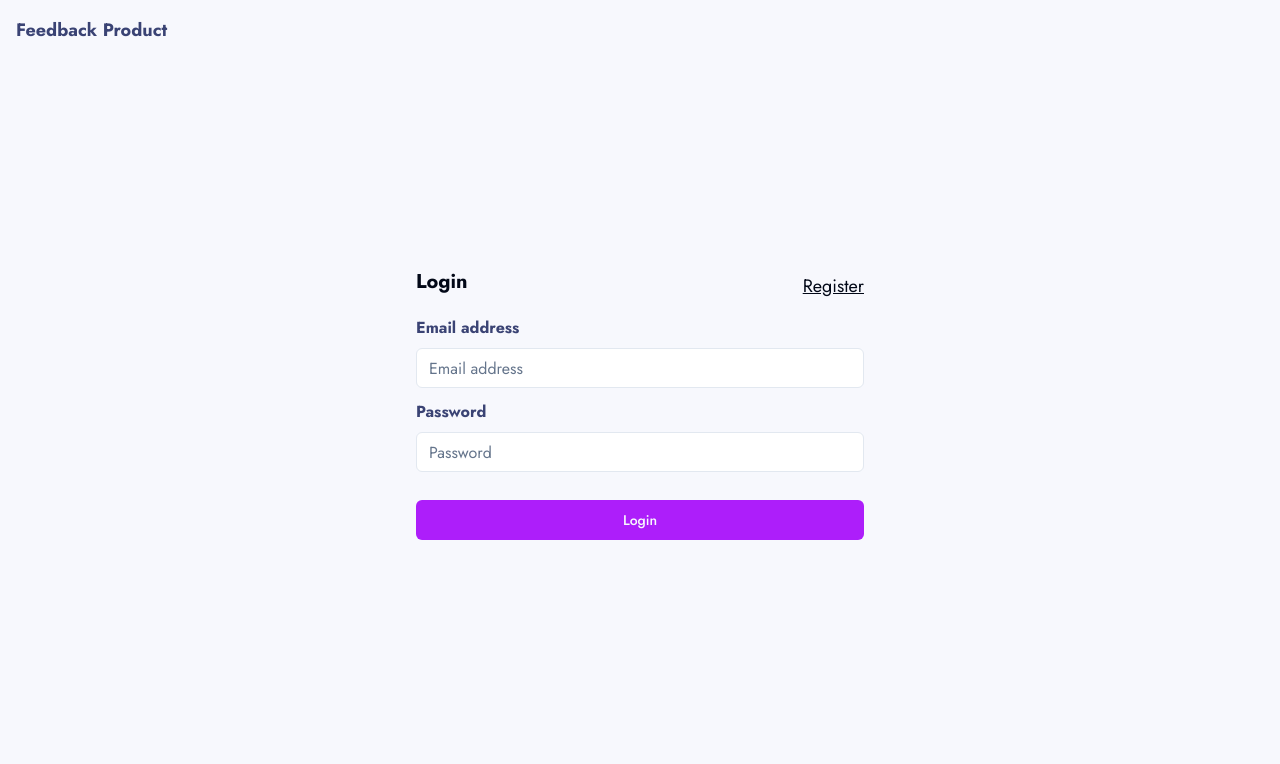
Repository: KornelJanczak/product-feedback-app
Page: /login
These files come from the project's save history. The page is drawn as it stood at one moment and after the next save; the edit follows.
The browser window is 1280 px wide. The pictures show the whole page.
The page's requests for data from a server got no answer. The project was rebuilt for these pictures with package versions that can differ from the ones it lists, and the page was loaded fresh each time. The framework's server and built-in components were replaced by stand-ins that run in the browser. No one was signed in, and anything a server would have sent is missing. Also part of the build but not shown: next.config.js, next.config.mjs.

Above is the page before, as saved 2024-01-28 19:46:53.

### app/layout.tsx
import type { Metadata } from "next";
import { Jost } from "next/font/google";
import { Toaster } from "sonner";
import "./globals.css";
import { authOptions } from "@/app/api/auth/[...nextauth]/options";
import { getServerSession } from "next-auth";
import AuthProvider from "@/providers/session-provider";

export const jost = Jost({
  subsets: ["latin"],
});

export const metadata: Metadata = {
  title: "Product Feedback",
  description: "Create your own section!",
};

export default async function RootLayout({
  children,
}: Readonly<{
  children: React.ReactNode;
}>) {
  const session = await getServerSession(authOptions);

  return (
    <html lang="en">
      <body
        className={`${jost.className} bg-darkWhite`}
        suppressHydrationWarning={true}
      >
        <AuthProvider session={session}>
          <Toaster position="top-center" />
          {children}
        </AuthProvider>
      </body>
    </html>
  );
}

### app/(auth)/layout.tsx
import { ReactNode } from "react";

export default function Layout({ children }: { children: ReactNode }) {
  return (
    <>
      <header className="container text-lg font-bold text-secondDark pt-4">
        <h2>Feedback Product</h2>
      </header>
      {children}
    </>
  );
}

### app/(auth)/login/page.tsx
import LoginForm from "../_components/login-form";

export default function LoginPage() {
  return <LoginForm />;
}

### app/globals.css
@tailwind base;
@tailwind components;
@tailwind utilities;

* {
  margin: 0;
  padding: 0;
}

@layer base {
  :root {
    --background: 0 0% 100%;
    --foreground: 222.2 84% 4.9%;

    --card: 0 0% 100%;
    --card-foreground: 222.2 84% 4.9%;

    --popover: 0 0% 100%;
    --popover-foreground: 222.2 84% 4.9%;

    --primary: 222.2 47.4% 11.2%;
    --primary-foreground: 210 40% 98%;

    --secondary: 210 40% 96.1%;
    --secondary-foreground: 222.2 47.4% 11.2%;

    --muted: 210 40% 96.1%;
    --muted-foreground: 215.4 16.3% 46.9%;

    --accent: 210 40% 96.1%;
    --accent-foreground: 222.2 47.4% 11.2%;

    --destructive: 0 84.2% 60.2%;
    --destructive-foreground: 210 40% 98%;

    --border: 214.3 31.8% 91.4%;
    --input: 214.3 31.8% 91.4%;
    --ring: 222.2 84% 4.9%;

    --radius: 0.5rem;
  }

  .dark {
    --background: 222.2 84% 4.9%;
    --foreground: 210 40% 98%;

    --card: 222.2 84% 4.9%;
    --card-foreground: 210 40% 98%;

    --popover: 222.2 84% 4.9%;
    --popover-foreground: 210 40% 98%;

    --primary: 210 40% 98%;
    --primary-foreground: 222.2 47.4% 11.2%;

    --secondary: 217.2 32.6% 17.5%;
    --secondary-foreground: 210 40% 98%;

    --muted: 217.2 32.6% 17.5%;
    --muted-foreground: 215 20.2% 65.1%;

    --accent: 217.2 32.6% 17.5%;
    --accent-foreground: 210 40% 98%;

    --destructive: 0 62.8% 30.6%;
    --destructive-foreground: 210 40% 98%;

    --border: 217.2 32.6% 17.5%;
    --input: 217.2 32.6% 17.5%;
    --ring: 212.7 26.8% 83.9%;
  }
}

@layer base {
  * {
    @apply border-border;
  }
  body {
    @apply bg-background text-foreground;
  }
}

### app/api/auth/[...nextauth]/options.ts
import NextAuth, { NextAuthOptions } from "next-auth";
import GithubProvider from "next-auth/providers/github";
import CredentialsProvider from "next-auth/providers/credentials";
import { PrismaAdapter } from "@next-auth/prisma-adapter";
import bcryptjs from "bcryptjs";
import prisma from "@/lib/db";

export const authOptions: NextAuthOptions = {
  adapter: PrismaAdapter(prisma),
  session: {
    strategy: "jwt",
  },
  secret: process.env.NEXTAUTH_SECRET,
  pages: {
    signIn: "/login",
  },
  providers: [
    GithubProvider({
      clientId: process.env.GITHUB_ID as string,
      clientSecret: process.env.GITHUB_SECRET as string,
    }),
    CredentialsProvider({
      name: "credentials",
      credentials: {},
      async authorize(credentials) {
        try {
          const { email, password } = credentials as {
            email: string;
            password: string;
          };

          console.log(email, password);
          const user = await prisma?.user.findFirst({
            where: {
              email,
            },
          });

          if (!user) return null;

          const passwordMatch = await bcryptjs.compare(
            password,
            user.password as string
          );

          if (!passwordMatch) return null;

          return user;
        } catch {
          return null;
        }
      },
    }),
  ],
  callbacks: {
    async signIn({ user, account }) {
      if (account?.provider == "credentials") return user;

      if (account?.provider === "github") {
        try {
          const existingUser = await prisma.user.findFirst({
            where: {
              email: user.email as string,
            },
          });

          if (existingUser) return existingUser;

          const newUser = await prisma.user.create({
            data: {
              userName: user.name!,
              email: user.email!,
            },
          });

          return newUser as any;
        } catch {
          return false;
        }
      }
    },
    async jwt({ token }) {
      const dbUser = await prisma.user.findFirst({
        where: {
          email: token.email as string,
        },
      });

      if (!dbUser) return token;

      return {
        id: dbUser.id,
        email: dbUser.email,
        name: dbUser.userName,
      };
    },

    async session({ token, session }) {
      if (token) {
        return {
          ...session,
          user: {
            email: token.email,
            name: token.name,
            id: token.id,
          },
        };
      }
      return session;
    },
    async redirect({ url, baseUrl }) {
      // if (url.startsWith("/")) return `${baseUrl}`;
      // // Allows callback URLs on the same origin
      // else if (new URL(url).origin === baseUrl) return baseUrl;
      // return baseUrl;
      return "/";
    },
  },
};

export default NextAuth(authOptions);

### providers/session-provider.tsx
"use client";
import { SessionProvider } from "next-auth/react";
import { ReactNode } from "react";
export default function AuthProvider({
  children,
  session,
}: {
  children: ReactNode;
  session: any;
}) {
  return <SessionProvider session={session}>{children}</SessionProvider>;
}

### app/(auth)/_components/login-form.tsx
"use client";
import { zodResolver } from "@hookform/resolvers/zod";
import { useForm, SubmitHandler } from "react-hook-form";
import {
  Form,
  FormControl,
  FormField,
  FormItem,
  FormLabel,
  FormMessage,
} from "@/components/ui/form";
import { Input } from "@/components/ui/input";
import * as z from "zod";
import { useRouter } from "next/navigation";
import SubmitBtn from "./submit-btn";
import { signIn } from "next-auth/react";
import { useState } from "react";
import { toast } from "sonner";
import { loginFormSchema } from "@/models/@auth-schema";

export default function LoginForm() {
  const router = useRouter();
  const [pending, setPending] = useState<boolean>(false);

  type Inputs = z.infer<typeof loginFormSchema>;

  const form = useForm<z.infer<typeof loginFormSchema>>({
    resolver: zodResolver(loginFormSchema),
    defaultValues: {
      email: "",
      password: "",
    },
  });

  const processForm: SubmitHandler<Inputs> = async (data) => {
    setPending(true);
    try {
      await signIn("credentials", data);
      toast.success("You are logged!");
    } catch {
      toast.error("Something went wrong");
    } finally {
      setPending(false);
    }
  };

  return (
    <section className="container h-screen flex items-center justify-center ">
      <Form {...form}>
        <form
          className="max-w-md w-full"
          onSubmit={form.handleSubmit(processForm)}
        >
          <div className="flex justify-between items-center">
            <h3 className="font-bold text-xl pb-2">Login</h3>
            <span
              className="text-lg cursor-pointer underline hover:text-pink hover:transition duration-300"
              onClick={() => router.push("/register")}
            >
              Register
            </span>
          </div>
          <FormField
            control={form.control}
            name="email"
            render={({ field }) => (
              <FormItem className="pt-2 md:pt-3">
                <FormLabel className="md:text-base">Email address</FormLabel>
                <FormControl>
                  <Input
                    placeholder="Email address"
                    {...field}
                    className="md:text-base"
                    type="email"
                    required
                  />
                </FormControl>
                <FormMessage className="md:text-base" />
              </FormItem>
            )}
          />
          <FormField
            control={form.control}
            name="password"
            render={({ field }) => (
              <FormItem className="pt-2 md:pt-3">
                <FormLabel className="md:text-base">Password</FormLabel>
                <FormControl>
                  <Input
                    placeholder="Password"
                    {...field}
                    className="md:text-base"
                    type="password"
                    required
                  />
                </FormControl>
                <FormMessage className="md:text-base" />
              </FormItem>
            )}
          />
          <SubmitBtn pending={pending}>Login</SubmitBtn>
        </form>
      </Form>
    </section>
  );
}

### components/ui/form.tsx
import * as React from "react"
import * as LabelPrimitive from "@radix-ui/react-label"
import { Slot } from "@radix-ui/react-slot"
import {
  Controller,
  ControllerProps,
  FieldPath,
  FieldValues,
  FormProvider,
  useFormContext,
} from "react-hook-form"

import { cn } from "@/lib/utils"
import { Label } from "@/components/ui/label"

const Form = FormProvider

type FormFieldContextValue<
  TFieldValues extends FieldValues = FieldValues,
  TName extends FieldPath<TFieldValues> = FieldPath<TFieldValues>
> = {
  name: TName
}

const FormFieldContext = React.createContext<FormFieldContextValue>(
  {} as FormFieldContextValue
)

const FormField = <
  TFieldValues extends FieldValues = FieldValues,
  TName extends FieldPath<TFieldValues> = FieldPath<TFieldValues>
>({
  ...props
}: ControllerProps<TFieldValues, TName>) => {
  return (
    <FormFieldContext.Provider value={{ name: props.name }}>
      <Controller {...props} />
    </FormFieldContext.Provider>
  )
}

const useFormField = () => {
  const fieldContext = React.useContext(FormFieldContext)
  const itemContext = React.useContext(FormItemContext)
  const { getFieldState, formState } = useFormContext()

  const fieldState = getFieldState(fieldContext.name, formState)

  if (!fieldContext) {
    throw new Error("useFormField should be used within <FormField>")
  }

  const { id } = itemContext

  return {
    id,
    name: fieldContext.name,
    formItemId: `${id}-form-item`,
    formDescriptionId: `${id}-form-item-description`,
    formMessageId: `${id}-form-item-message`,
    ...fieldState,
  }
}

type FormItemContextValue = {
  id: string
}

const FormItemContext = React.createContext<FormItemContextValue>(
  {} as FormItemContextValue
)

const FormItem = React.forwardRef<
  HTMLDivElement,
  React.HTMLAttributes<HTMLDivElement>
>(({ className, ...props }, ref) => {
  const id = React.useId()

  return (
    <FormItemContext.Provider value={{ id }}>
      <div ref={ref} className={cn("space-y-2", className)} {...props} />
    </FormItemContext.Provider>
  )
})
FormItem.displayName = "FormItem"

const FormLabel = React.forwardRef<
  React.ElementRef<typeof LabelPrimitive.Root>,
  React.ComponentPropsWithoutRef<typeof LabelPrimitive.Root>
>(({ className, ...props }, ref) => {
  const { error, formItemId } = useFormField()

  return (
    <Label
      ref={ref}
      className={cn(error && "text-destructive", className)}
      htmlFor={formItemId}
      {...props}
    />
  )
})
FormLabel.displayName = "FormLabel"

const FormControl = React.forwardRef<
  React.ElementRef<typeof Slot>,
  React.ComponentPropsWithoutRef<typeof Slot>
>(({ ...props }, ref) => {
  const { error, formItemId, formDescriptionId, formMessageId } = useFormField()

  return (
    <Slot
      ref={ref}
      id={formItemId}
      aria-describedby={
        !error
          ? `${formDescriptionId}`
          : `${formDescriptionId} ${formMessageId}`
      }
      aria-invalid={!!error}
      {...props}
    />
  )
})
FormControl.displayName = "FormControl"

const FormDescription = React.forwardRef<
  HTMLParagraphElement,
  React.HTMLAttributes<HTMLParagraphElement>
>(({ className, ...props }, ref) => {
  const { formDescriptionId } = useFormField()

  return (
    <p
      ref={ref}
      id={formDescriptionId}
      className={cn("text-sm text-muted-foreground", className)}
      {...props}
    />
  )
})
FormDescription.displayName = "FormDescription"

const FormMessage = React.forwardRef<
  HTMLParagraphElement,
  React.HTMLAttributes<HTMLParagraphElement>
>(({ className, children, ...props }, ref) => {
  const { error, formMessageId } = useFormField()
  const body = error ? String(error?.message) : children

  if (!body) {
    return null
  }

  return (
    <p
      ref={ref}
      id={formMessageId}
      className={cn("text-sm font-medium text-destructive", className)}
      {...props}
    >
      {body}
    </p>
  )
})
FormMessage.displayName = "FormMessage"

export {
  useFormField,
  Form,
  FormItem,
  FormLabel,
  FormControl,
  FormDescription,
  FormMessage,
  FormField,
}

### components/ui/input.tsx
import * as React from "react";

import { cn } from "@/lib/utils";

export interface InputProps
  extends React.InputHTMLAttributes<HTMLInputElement> {}

const Input = React.forwardRef<HTMLInputElement, InputProps>(
  ({ className, type, ...props }, ref) => {
    return (
      <input
        type={type}
        className={cn(
          "hover:border-blue focus:border-transparent text-grey flex h-10 w-full rounded-md border border-input bg-background px-3 py-2 text-sm ring-offset-background file:border-0 file:bg-transparent file:text-sm file:font-medium placeholder:text-muted-foreground focus-visible:outline-none focus-visible:ring-2 focus-visible:ring-ring focus-visible:ring-offset-2 disabled:cursor-not-allowed disabled:opacity-50",
          className
        )}
        ref={ref}
        {...props}
      />
    );
  }
);
Input.displayName = "Input";

export { Input };

### app/(auth)/_components/submit-btn.tsx
"use client";
import React from "react";
import ClipLoader from "react-spinners/ClipLoader";
import { Button } from "@/components/ui/button";
import { ReactNode } from "react";

interface SubmitBtnProps {
  className?: string;
  pending?: boolean;
  children: ReactNode;
}

const SubmitBtn: React.FC<SubmitBtnProps> = React.memo(
  ({ className, children, pending }) => {
    return (
      <Button
        className={`mt-5 w-full bg-pink hover:opacity-70 hover:bg-pink hover:transition duration-300 lg:mt-7 ${className}`}
        type="submit"
        aria-disabled={pending}
      >
        {pending ? <ClipLoader size={24} color="#3A4374" /> : children}
      </Button>
    );
  }
);

SubmitBtn.displayName = "SubmitBtn";

export default SubmitBtn;

### models/@auth-schema.ts
import * as z from "zod";

const validation = {
  email: z.string().email({ message: "Email must contain @ symbol." }),
  password: z
    .string()
    .min(5, { message: "Password must contain at lesat 5 symbol" })
    .regex(/[A-Z]/, {
      message: "Password must contain at least one uppercase letter.",
    })
    .regex(/[a-z]/, {
      message: "Password must contain at least one lowercase letter.",
    })
    .regex(/[0-9]/, { message: "Password must contain at least one digit." })
    .regex(/[@#$%^&+=!]/, {
      message: "Password must contain at least one special character.",
    }),
};

export const registerFormSchema = z
  .object({
    username: z.string().min(2, {
      message: "Username must be at least 2 characters.",
    }),
    ...validation,
    repeatPassword: z.string(),
  })
  .refine((data) => data.password === data.repeatPassword, {
    message: "Passwords do not match.",
  });

export const loginFormSchema = z.object({ ...validation });

### components/ui/label.tsx
"use client"

import * as React from "react"
import * as LabelPrimitive from "@radix-ui/react-label"
import { cva, type VariantProps } from "class-variance-authority"

import { cn } from "@/lib/utils"

const labelVariants = cva(
  "text-sm font-medium leading-none peer-disabled:cursor-not-allowed peer-disabled:opacity-70"
)

const Label = React.forwardRef<
  React.ElementRef<typeof LabelPrimitive.Root>,
  React.ComponentPropsWithoutRef<typeof LabelPrimitive.Root> &
    VariantProps<typeof labelVariants>
>(({ className, ...props }, ref) => (
  <LabelPrimitive.Root
    ref={ref}
    className={cn(labelVariants(), className, "text-secondDark font-bold")}
    {...props}
  />
))
Label.displayName = LabelPrimitive.Root.displayName

export { Label }

### components/ui/button.tsx
import * as React from "react";
import { Slot } from "@radix-ui/react-slot";
import { cva, type VariantProps } from "class-variance-authority";

import { cn } from "@/lib/utils";

const buttonVariants = cva(
  "inline-flex items-center justify-center whitespace-nowrap rounded-md text-sm font-medium ring-offset-background transition-colors focus-visible:outline-none focus-visible:ring-2 focus-visible:ring-ring focus-visible:ring-offset-2 disabled:pointer-events-none disabled:opacity-50",
  {
    variants: {
      variant: {
        default: "bg-primary text-primary-foreground hover:bg-primary/90",
        destructive:
          "bg-destructive text-destructive-foreground hover:bg-destructive/90",
        outline:
          "border border-input bg-background hover:bg-accent hover:text-accent-foreground",
        secondary:
          "bg-secondary text-secondary-foreground hover:bg-secondary/80",
        ghost: "hover:bg-accent hover:text-accent-foreground",
        link: "text-primary underline-offset-4 hover:underline",
      },
      size: {
        default: "h-10 px-4 py-2",
        sm: "h-9 rounded-md px-3",
        lg: "h-11 rounded-md px-8",
        icon: "h-10 w-10",
      },
    },
    defaultVariants: {
      variant: "default",
      size: "default",
    },
  }
);

export interface ButtonProps
  extends React.ButtonHTMLAttributes<HTMLButtonElement>,
    VariantProps<typeof buttonVariants> {
  asChild?: boolean;
}

const Button = React.forwardRef<HTMLButtonElement, ButtonProps>(
  ({ className, variant, size, asChild = false, ...props }, ref) => {
    const Comp = asChild ? Slot : "button";
    return (
      <Comp
        className={cn(buttonVariants({ variant, size, className }))}
        ref={ref}
        {...props}
      />
    );
  }
);
Button.displayName = "Button";

export { Button, buttonVariants };

### tailwind.config.ts
import type { Config } from "tailwindcss";

const config = {
  darkMode: ["class"],
  content: [
    "./pages/**/*.{ts,tsx}",
    "./components/**/*.{ts,tsx}",
    "./app/**/*.{ts,tsx}",
    "./src/**/*.{ts,tsx}",
  ],
  prefix: "",
  theme: {
    container: {
      center: true,
      padding: {
        DEFAULT: "1rem",
        sm: "1rem",
        lg: "4rem",
        xl: "5rem",
        "2xl": "6rem",
      },
      screens: {
        default: "1400px",
        "2xl": "1400px",
      },
    },
    extend: {
      // fontFamily: {
      //   jost: ["var(--jost)"],
      //   ...fontFamily.jost,
      // },
      colors: {
        border: "hsl(var(--border))",
        input: "hsl(var(--input))",
        ring: "hsl(var(--ring))",
        background: "hsl(var(--background))",
        foreground: "hsl(var(--foreground))",
        primary: {
          DEFAULT: "hsl(var(--primary))",
          foreground: "hsl(var(--primary-foreground))",
        },
        secondary: {
          DEFAULT: "hsl(var(--secondary))",
          foreground: "hsl(var(--secondary-foreground))",
        },
        destructive: {
          DEFAULT: "hsl(var(--destructive))",
          foreground: "hsl(var(--destructive-foreground))",
        },
        muted: {
          DEFAULT: "hsl(var(--muted))",
          foreground: "hsl(var(--muted-foreground))",
        },
        accent: {
          DEFAULT: "hsl(var(--accent))",
          foreground: "hsl(var(--accent-foreground))",
        },
        popover: {
          DEFAULT: "hsl(var(--popover))",
          foreground: "hsl(var(--popover-foreground))",
        },
        card: {
          DEFAULT: "hsl(var(--card))",
          foreground: "hsl(var(--card-foreground))",
        },
        pink: "#AD1EFA",
        blue: "#4661E6",
        lighterBlue: "#62BCFA",
        dark: "rgb(55, 63, 104)",
        secondDark: "#3A4374",
        grey: "#647196",
        orange: "#F49F85",
        basicWhite: "#ffffff",
        middleWhite: "#F2F4FF",
        darkWhite: "#F7F8FD",
      },
      borderRadius: {
        lg: "var(--radius)",
        md: "calc(var(--radius) - 2px)",
        sm: "calc(var(--radius) - 4px)",
      },
      keyframes: {
        "accordion-down": {
          from: { height: "0" },
          to: { height: "var(--radix-accordion-content-height)" },
        },
        "accordion-up": {
          from: { height: "var(--radix-accordion-content-height)" },
          to: { height: "0" },
        },
      },
      animation: {
        "accordion-down": "accordion-down 0.2s ease-out",
        "accordion-up": "accordion-up 0.2s ease-out",
      },
    },
  },
  plugins: [require("tailwindcss-animate")],
} satisfies Config;

export default config;

Loaded but not shown: lib/db.ts (common file); lib/utils.ts (common file)

After the next save:
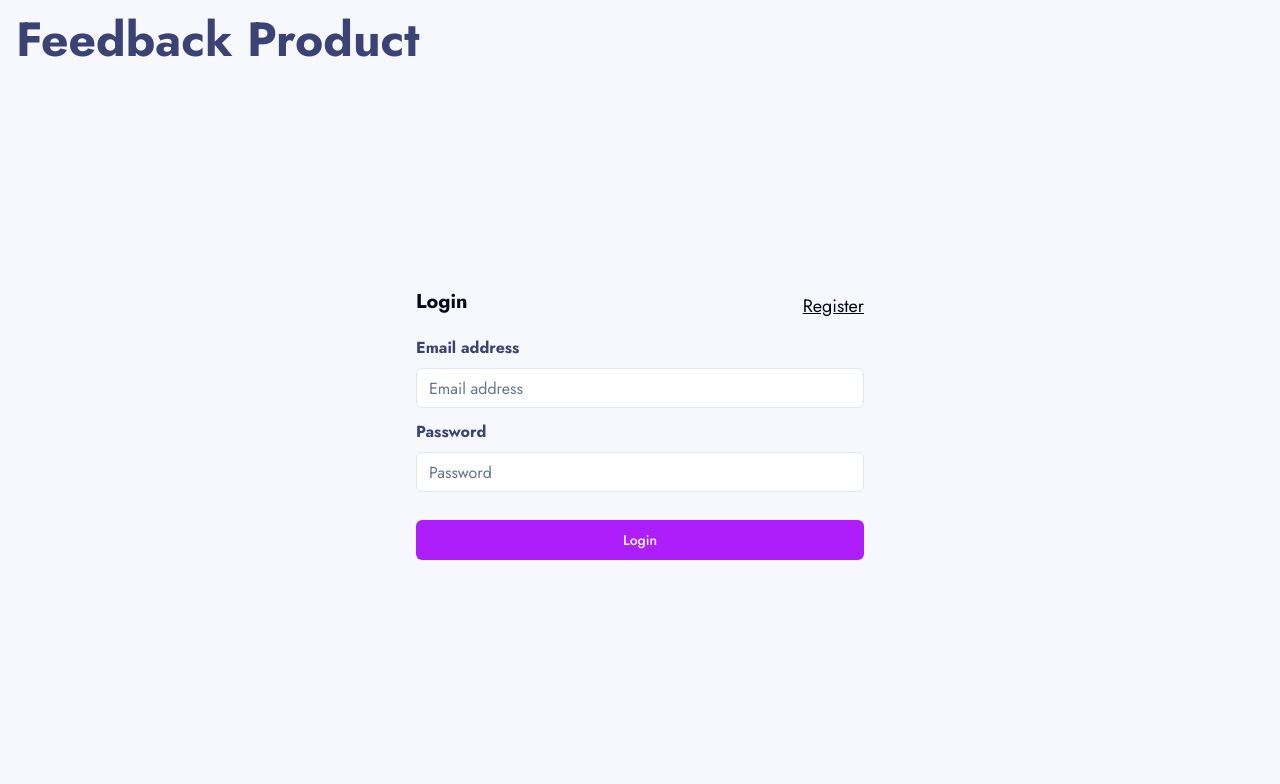
Saved 35 s later.
--- a/app/(auth)/layout.tsx
+++ b/app/(auth)/layout.tsx
@@ -3,7 +3,7 @@ import { ReactNode } from "react";
 export default function Layout({ children }: { children: ReactNode }) {
   return (
     <>
-      <header className="container text-lg font-bold text-secondDark pt-4">
+      <header className="container text-5xl font-bold text-secondDark pt-4">
         <h2>Feedback Product</h2>
       </header>
       {children}
